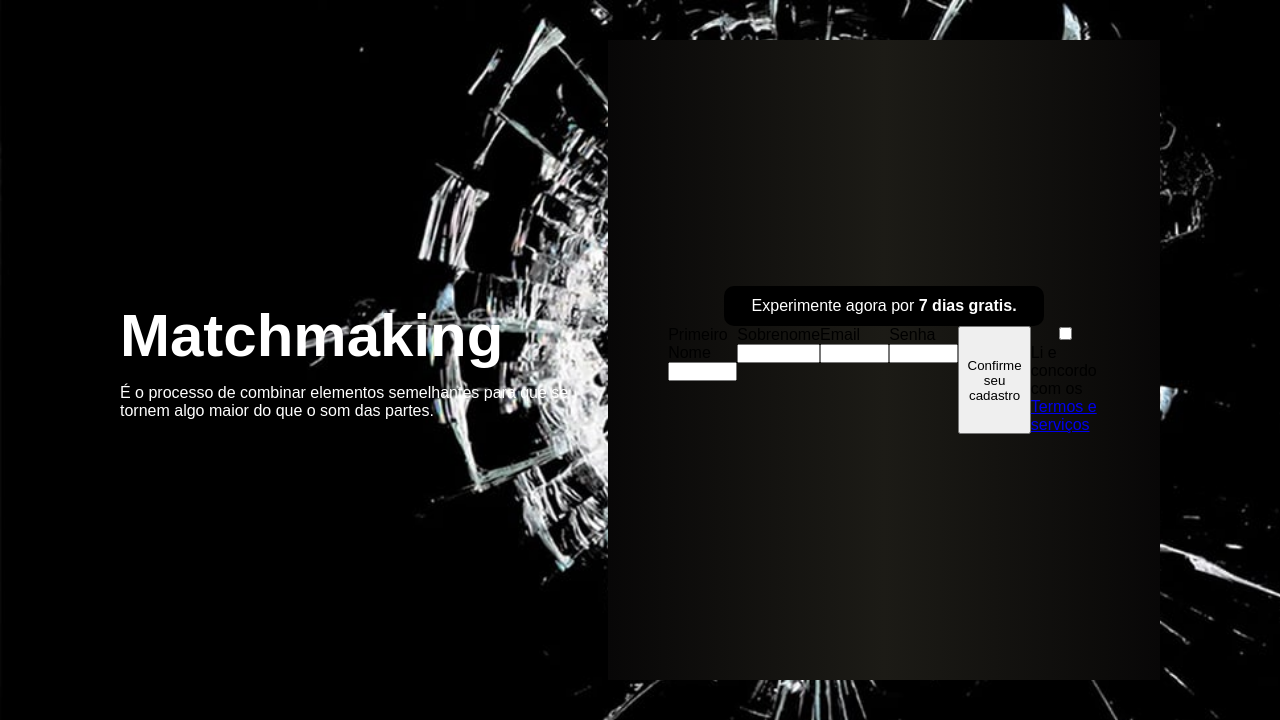
Repository: analessp/tela-login
Page: index.html
The author's editor kept a copy of each file at every save. The page is drawn from the files as they stood at one save, then again after the next save.
The browser window is 1280 px wide. The pictures show the whole page.
Some web fonts or font styles are not loaded; a fallback is used.

Above is the page before, as saved 2025-04-16 10:58:54.

After the next save:
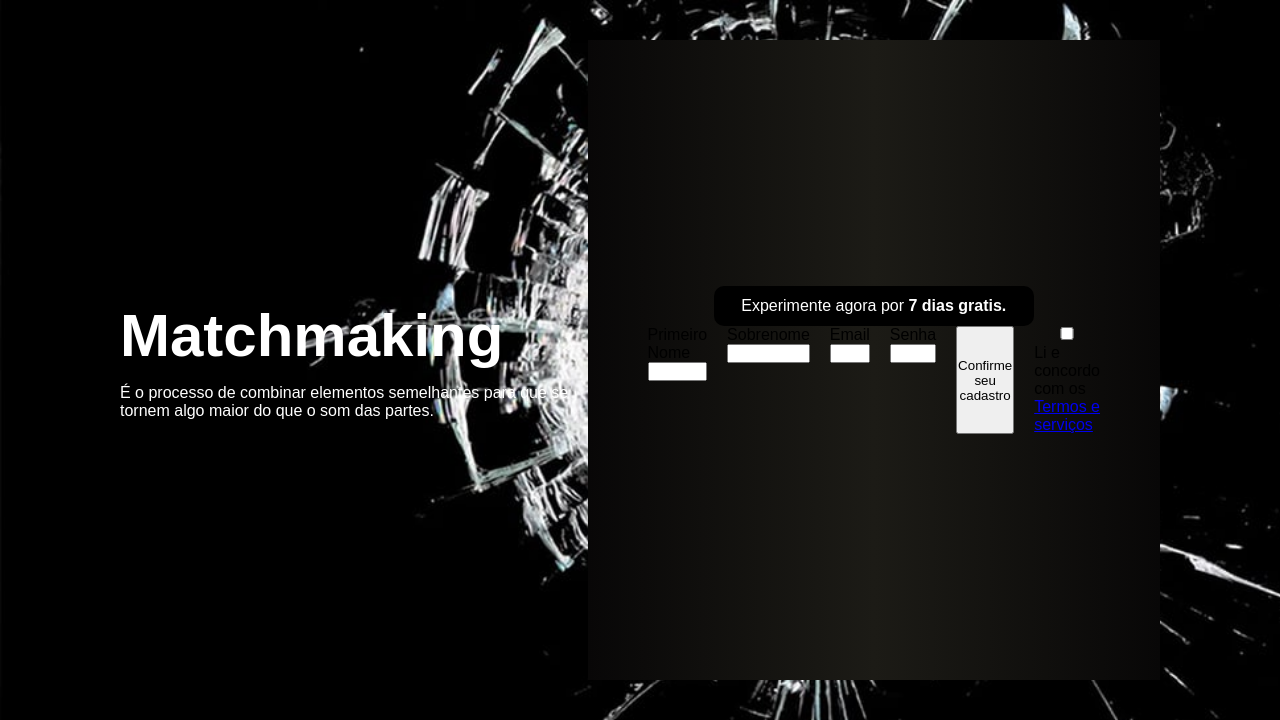
Saved 12 s later.
--- a/style.css
+++ b/style.css
@@ -85,7 +85,7 @@ text-align: center;
 .forms form{
     display: flex;
     flex-direction: row;
-    gap: ;
+    gap: 20px;
 }
 
 @keyframes left-to-right {
